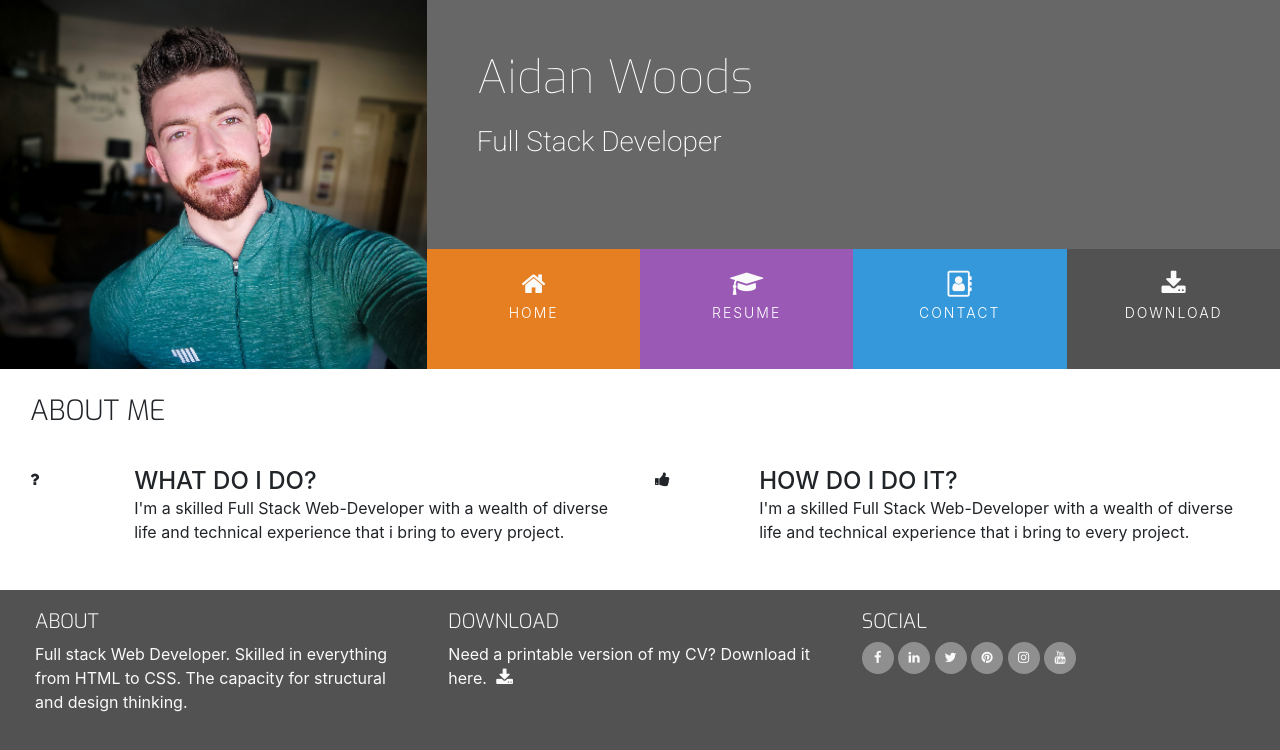
Repository: woodsyboi/Resume
Page: index.html
The author's editor kept a record of every edit. The page is drawn from the files as they stood at one moment, then again after the next edit.
The browser window is 1280 px wide. The pictures show the whole page.

Above is the page before.

After the next edit:
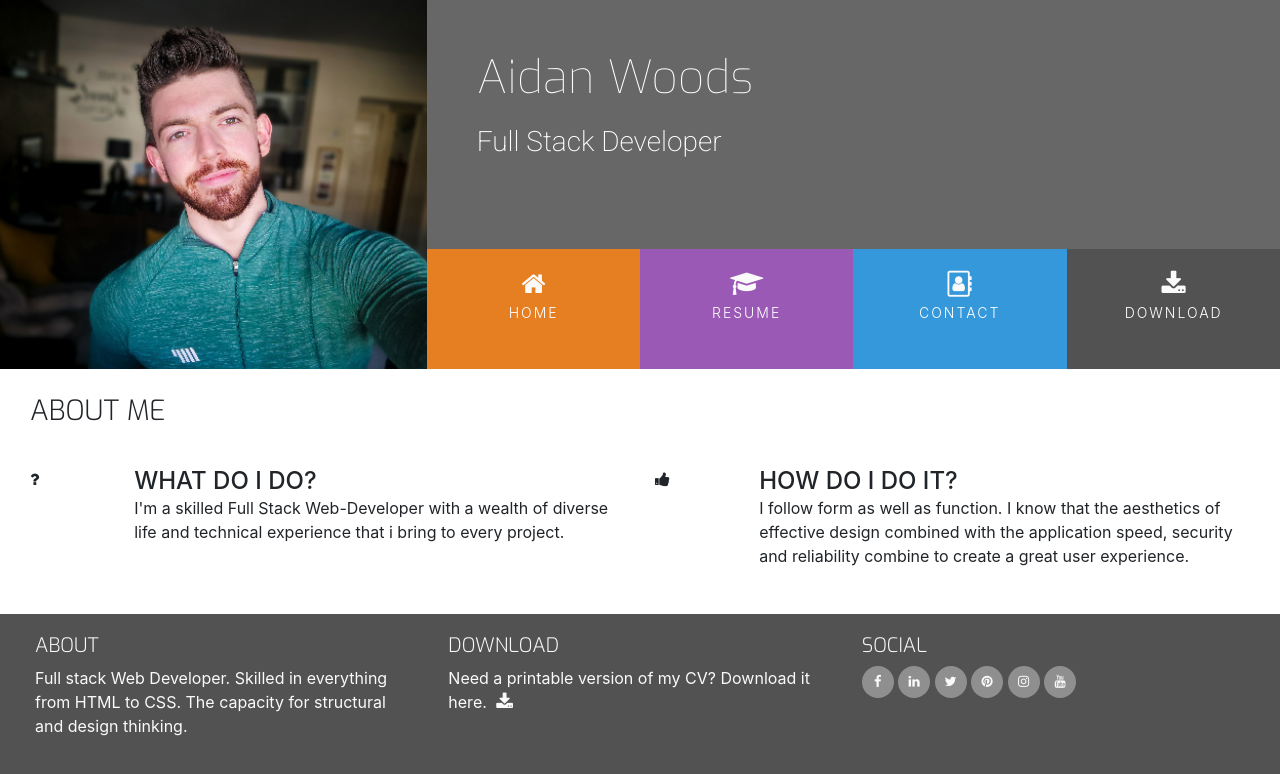
The edit:
--- a/index.html
+++ b/index.html
@@ -81,7 +81,8 @@
                             <div class="col-10">
                                 <h4 class="three-reasons-heading uppercase"> How Do I Do It?</h4>
                                 <p>
-                                    I'm a skilled Full Stack Web-Developer with a wealth of diverse life and technical experience that i bring to every project.
+                                    I follow form as well as function. I know that the aesthetics of effective design combined with the application speed, security and reliability combine to create a great user experience.
+
                                 </p>
                             </div>
                         </div>
